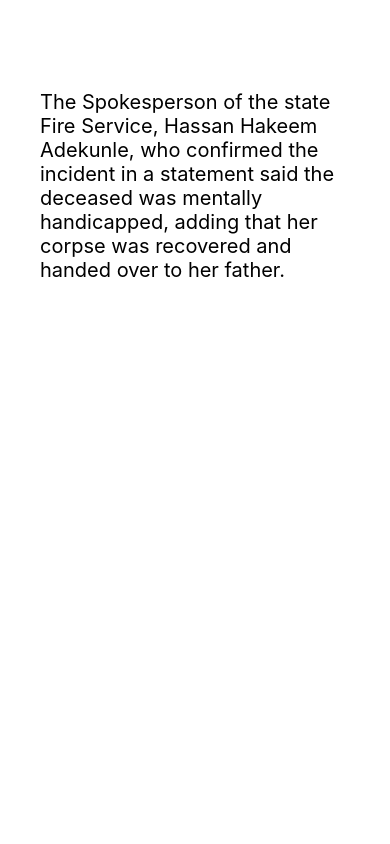
Repository: akinmiday/ReactNativeApp
Screen: /
An editor plug-in stored every save of this project. The screen is shown before and after the next save, followed by the edit.
The app was drawn by React Native's web renderer in a window 390 px wide. The project was rebuilt for these pictures with package versions that can differ from the ones it lists, and the page was loaded fresh each time.

Above is the screen before, as saved 2023-08-06 15:53:11.

### App.js
import { View, Text } from "react-native";
import styles from "./styles";
import { useState } from "react";

export default function App() {
  const { container, text } = styles;

  return (
    <View style={container}>
      <Text style={text}>
        The Spokesperson of the state Fire Service, Hassan Hakeem Adekunle, who
        confirmed the incident in a statement said the deceased was mentally
        handicapped, adding that her corpse was recovered and handed over to her
        father.
      </Text>
    </View>
  );
}

### styles.js
import { StyleSheet } from "react-native";

const styles = StyleSheet.create({
  container: {
    marginTop: 40,
    padding: 20,
    backgroundColor: "#fff",
    flex: 1,
  },
  input: {
    backgroundColor: "pink",
    marginTop: 20,
    padding: 20,
    marginTop: 20,
    marginBottom: 20,
  },
  text: {
    padding: 20,
    marginVertical: 10,
    fontSize: 20,
  },
  button: {
    backgroundColor: "yellow",
    padding: 15,
    alignItems: "center",
    width: "50%",
    alignSelf: "center",
    borderWidth: 5,
    borderColor: "green",
    marginTop: 20,
  },
  item: {
    backgroundColor: "yellow",
    padding: 20,
    marginVertical: 5,
  },
  header: {
    fontSize: 15,
  },
  title: {
    fontSize: 10,
  },
});

export default styles;

After the next save:
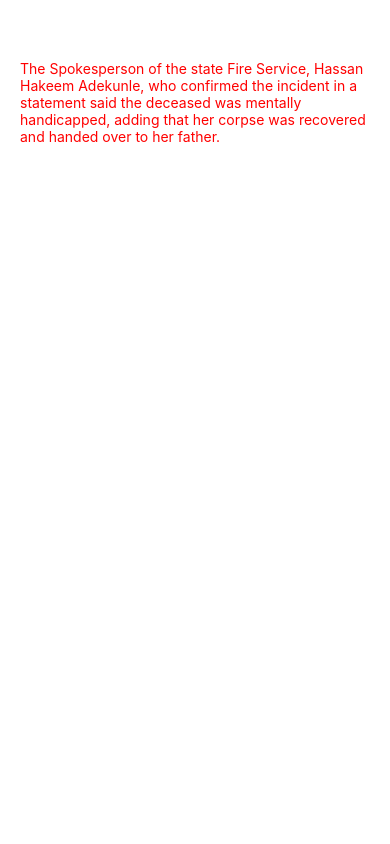
Saved 41 s later.
--- a/styles.js
+++ b/styles.js
@@ -15,9 +15,7 @@ const styles = StyleSheet.create({
     marginBottom: 20,
   },
   text: {
-    padding: 20,
-    marginVertical: 10,
-    fontSize: 20,
+    color: "red",
   },
   button: {
     backgroundColor: "yellow",
